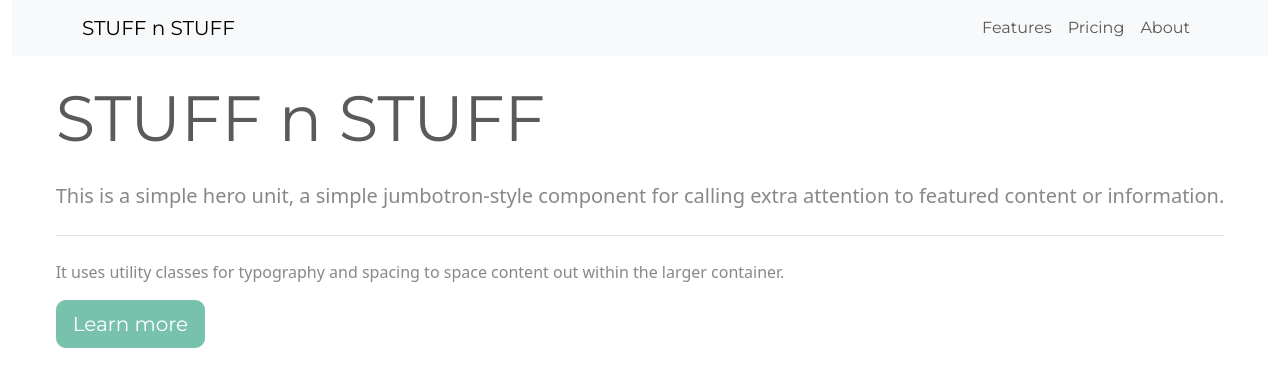
Repository: Aladdin3r/idsp12-marketplace
Page: /
An editor plug-in stored every save of this project. The page is shown before and after the next save, followed by the edit.
The browser window is 1280 px wide. The pictures show the whole page.
The project was rebuilt for these pictures with package versions that can differ from the ones it lists, and the page was loaded fresh each time. The framework's server and built-in components were replaced by stand-ins that run in the browser. Also part of the build but not shown: next.config.mjs.

Above is the page before, as saved 2024-05-07 14:13:17.

### pages/_app.js
import "@/styles/globals.css";
import "@/styles/bootstrap.min.css";
import { useEffect } from "react";

export default function App({ Component, pageProps }) {
  useEffect(() => {
    require("bootstrap/dist/js/bootstrap.bundle.min.js");
  }, []);
  return <Component {...pageProps} />;
}

### pages/index.js
import Head from "next/head";
import styles from "@/styles/Home.module.css";

export default function Home() {
  return (
    <>
      <Head>
        <title>Stuff n Stuff</title>
        <meta name="description" content="The modern and safe marketplace to earn your trust and connect with real people." />
        <meta name="viewport" content="width=device-width, initial-scale=1" />
        <link rel="icon" href="/stuffnstuff_footer.webp" />
      </Head>
      <main className={`${styles.main}`}>

        <div className="container-fluid">
          <nav class="navbar navbar-expand-lg bg-light" data-bs-theme="light">
            <div class="container">
              <a class="navbar-brand" href="#">STUFF n STUFF</a>
              <button class="navbar-toggler" type="button" data-bs-toggle="collapse" data-bs-target="#navbarColor03" aria-controls="navbarColor03" aria-expanded="false" aria-label="Toggle navigation">
                <span class="navbar-toggler-icon"></span>
              </button>
              <div class="collapse navbar-collapse" id="navbarColor03">
                <ul class="navbar-nav ms-auto">
                  <li class="nav-item">
                    <a class="nav-link" href="#">Features</a>
                  </li>
                  <li class="nav-item">
                    <a class="nav-link" href="#">Pricing</a>
                  </li>
                  <li class="nav-item">
                    <a class="nav-link" href="#">About</a>
                  </li>
                </ul>
              </div>
            </div>
          </nav>
        </div>

        <div class="jumbotron">
          <h1 class="display-3 my-4">STUFF n STUFF</h1>
          <p class="lead">This is a simple hero unit, a simple jumbotron-style component for calling extra attention to featured content or information.</p>
          <hr class="my-4"/>
          <p>It uses utility classes for typography and spacing to space content out within the larger container.</p>
          <p class="lead">
            <a class="btn btn-primary btn-lg" href="#" role="button">Learn more</a>
          </p>
        </div>
      </main>
    </>
  );
}

### styles/globals.css
:root {

}

### styles/Home.module.css
.main {
  display: flex;
  flex-direction: column;
  justify-content: space-between;
  align-items: center;
  min-height: 25vh;
}

Loaded but not shown: pages/_document.js (common file); styles/bootstrap.min.css (library)

After the next save:
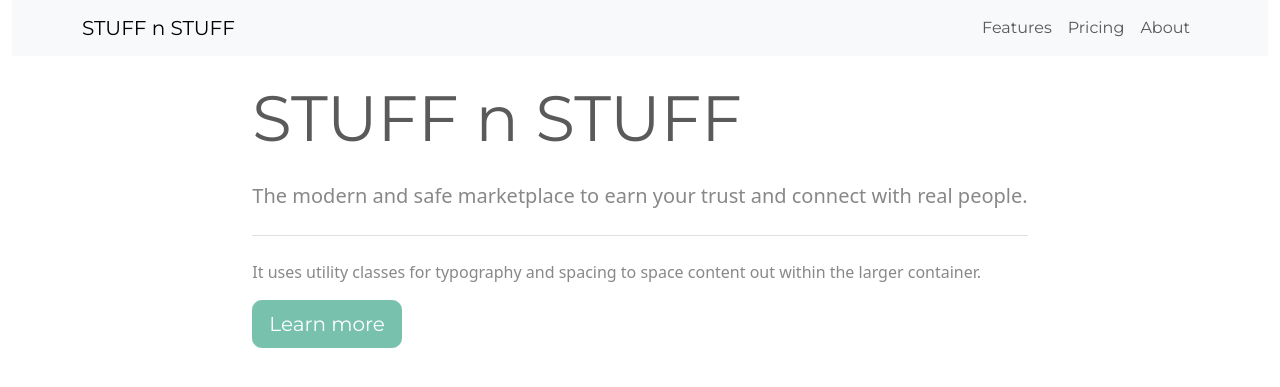
Saved 20 s later.
--- a/pages/index.js
+++ b/pages/index.js
@@ -38,7 +38,7 @@
 
         <div class="jumbotron">
           <h1 class="display-3 my-4">STUFF n STUFF</h1>
-          <p class="lead">This is a simple hero unit, a simple jumbotron-style component for calling extra attention to featured content or information.</p>
+          <p class="lead">The modern and safe marketplace to earn your trust and connect with real people.</p>
           <hr class="my-4"/>
           <p>It uses utility classes for typography and spacing to space content out within the larger container.</p>
           <p class="lead">
